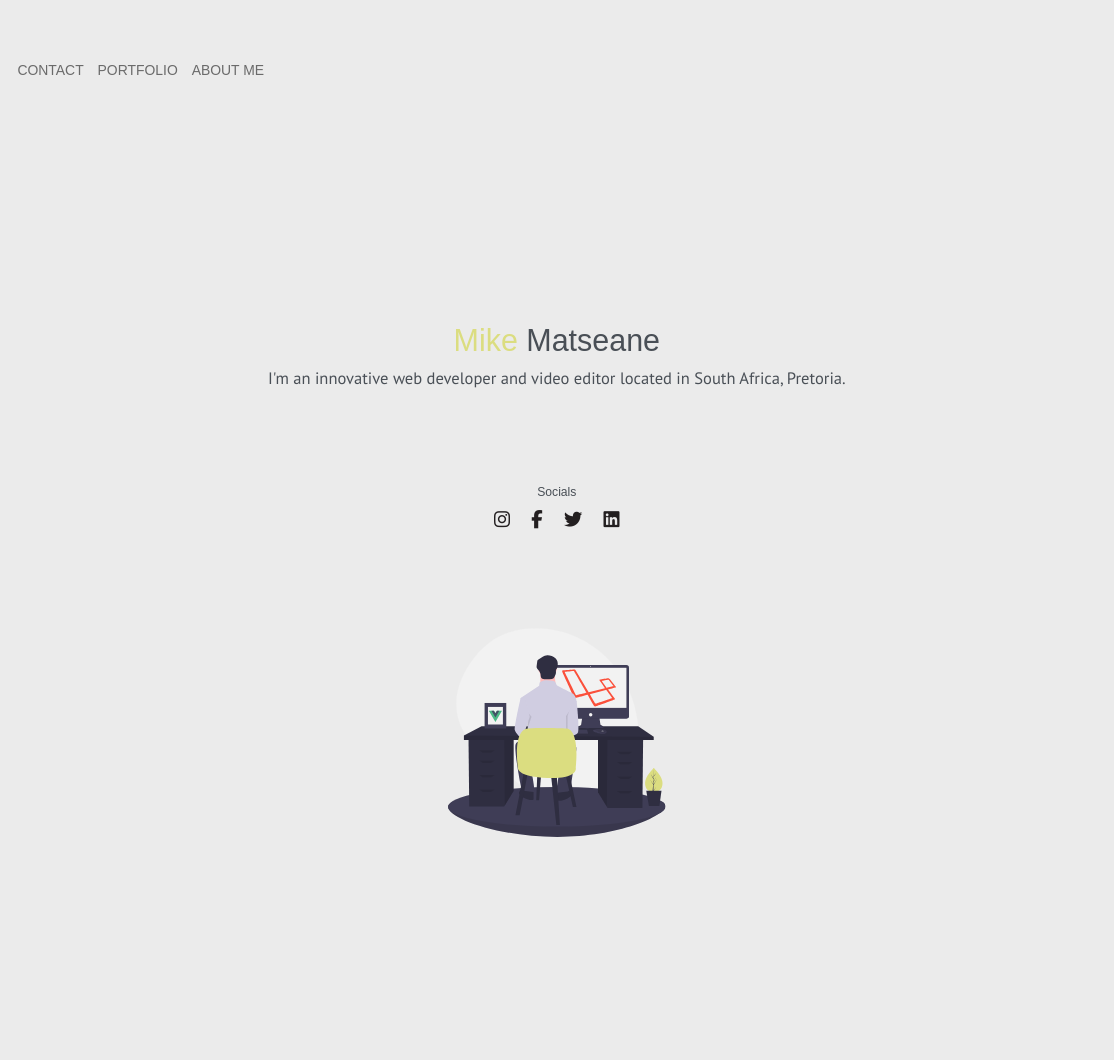
Repository: mikempho/resume10-Final
Page: resume10.html
These files come from the project's save history. The page is drawn as it stood at one moment and after the next save; the edit follows.
The browser window is 1280 px wide. The pictures show the whole page, at 87% of full size.
Some web fonts or font styles are not loaded; a fallback is used. Some web libraries are served in a nearby version.

Above is the page before, as saved 2022-05-16 15:00:39.

After the next save:
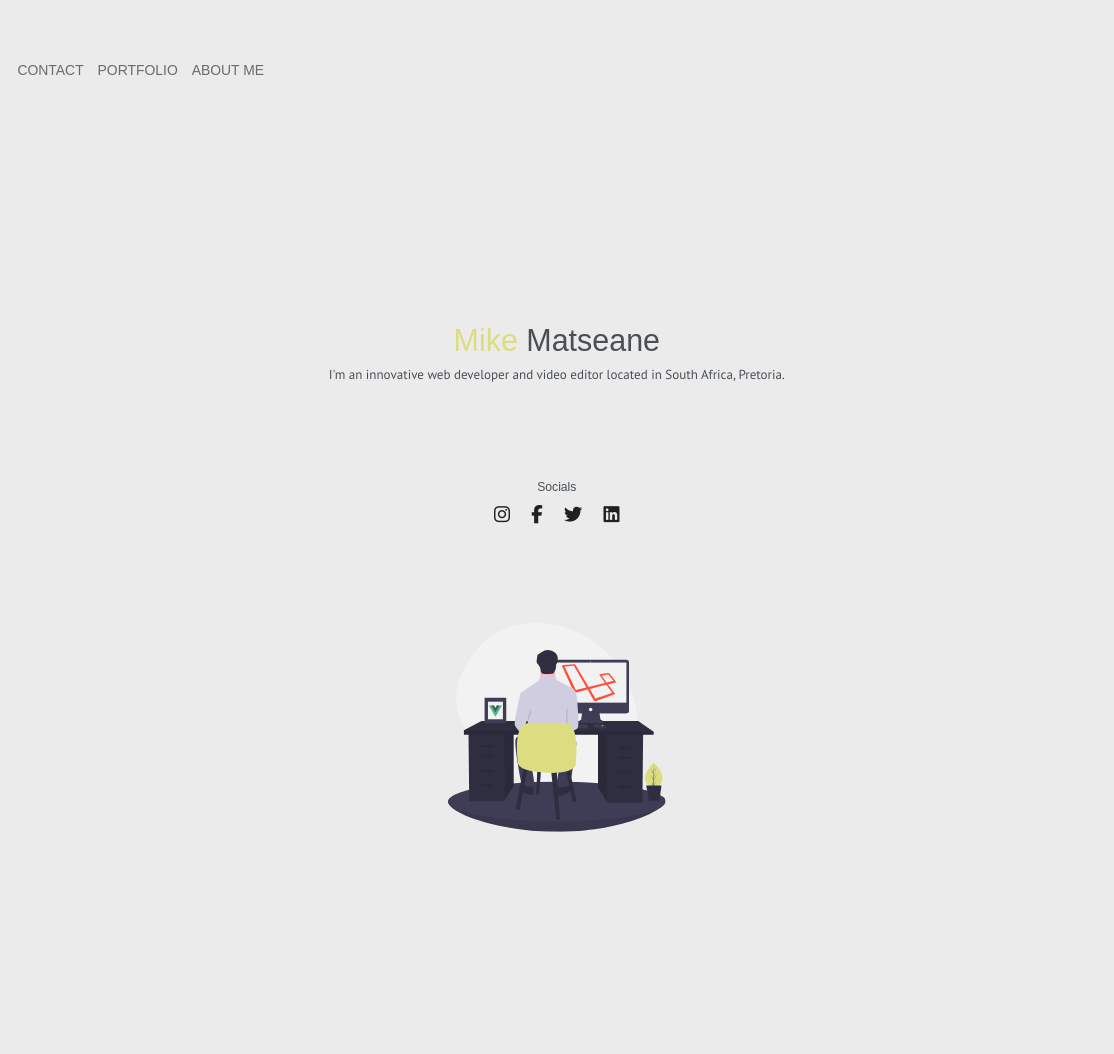
Saved 4 min 56 s later.
--- a/css/style.css
+++ b/css/style.css
@@ -16,7 +16,7 @@ h6 {
 }
 
 p {
-    font-size: 19px;
+    font-size: 15px;
     font-family: 'PT Sans', sans-serif;
 }
 
